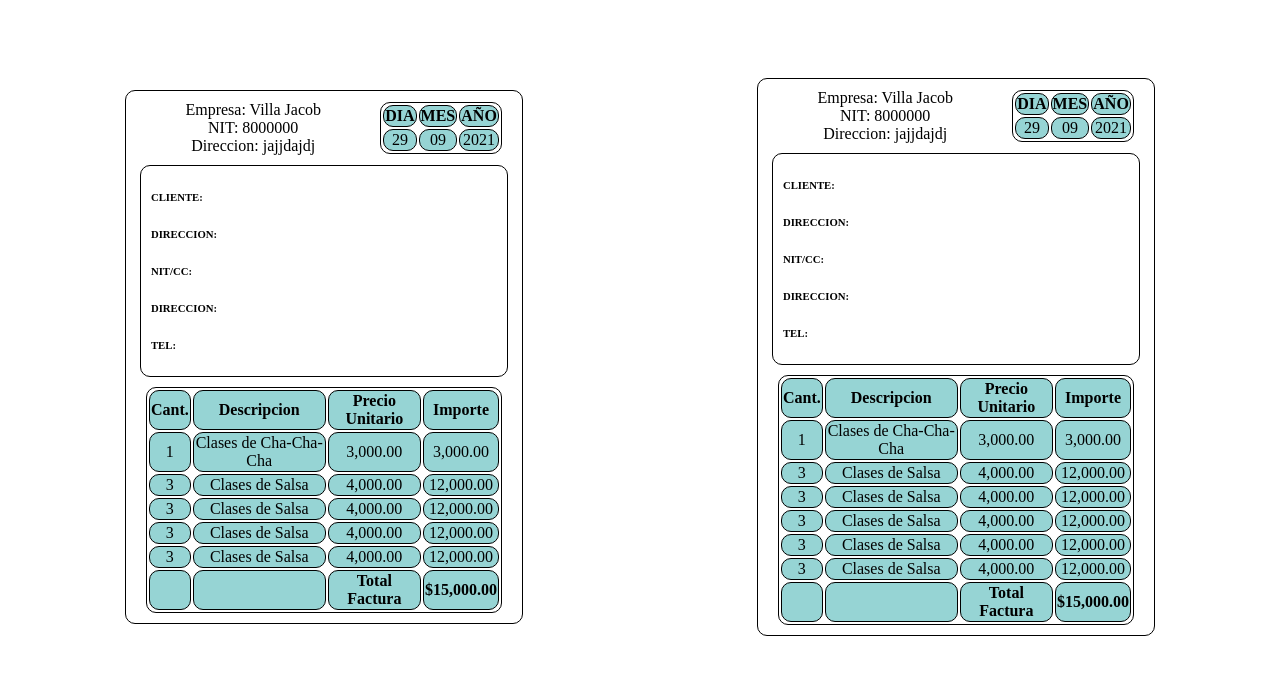
Repository: MrVanQish/FacturaEstructura
Page: index.html
The author's editor kept a copy of each file at every save. The page is drawn from the files as they stood at one save, then again after the next save.
The browser window is 1280 px wide. The pictures show the whole page.

Above is the page before, as saved 2021-09-29 12:20:53.

After the next save:
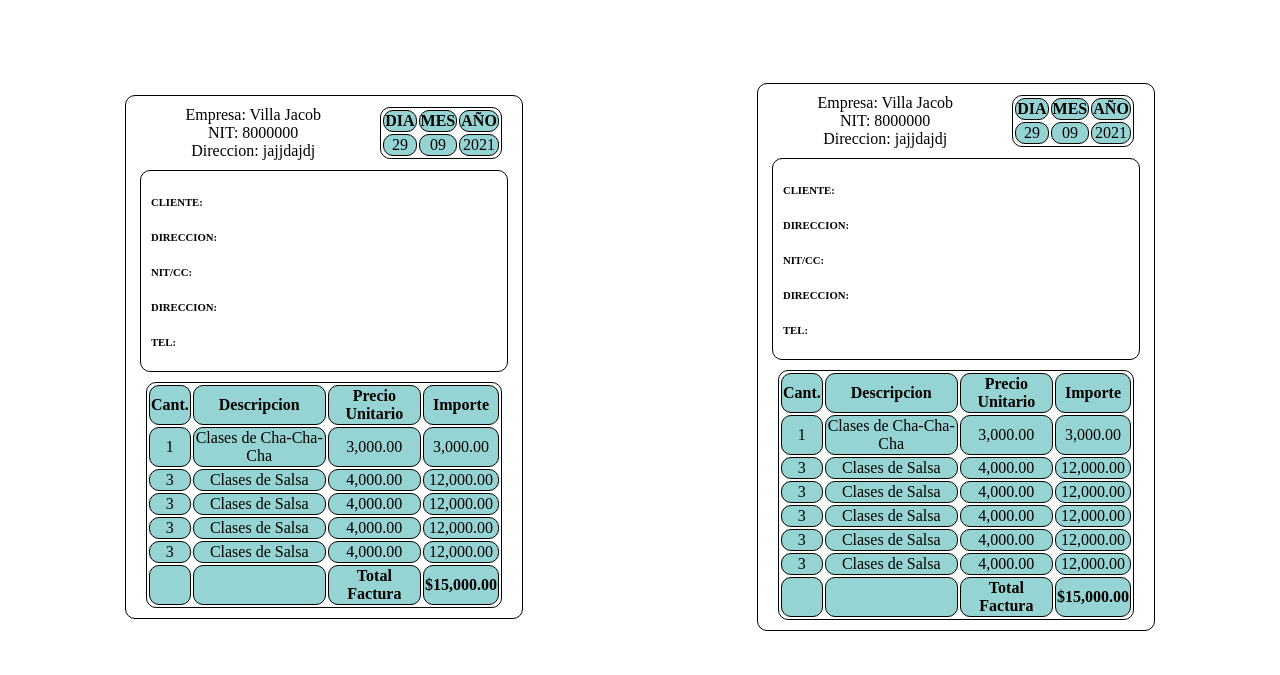
Saved 5 s later.
--- a/styles.css
+++ b/styles.css
@@ -85,7 +85,7 @@ th, td {
 }
 
 h6{
-  width: ;
+  height: 10px;
 }
 
 
